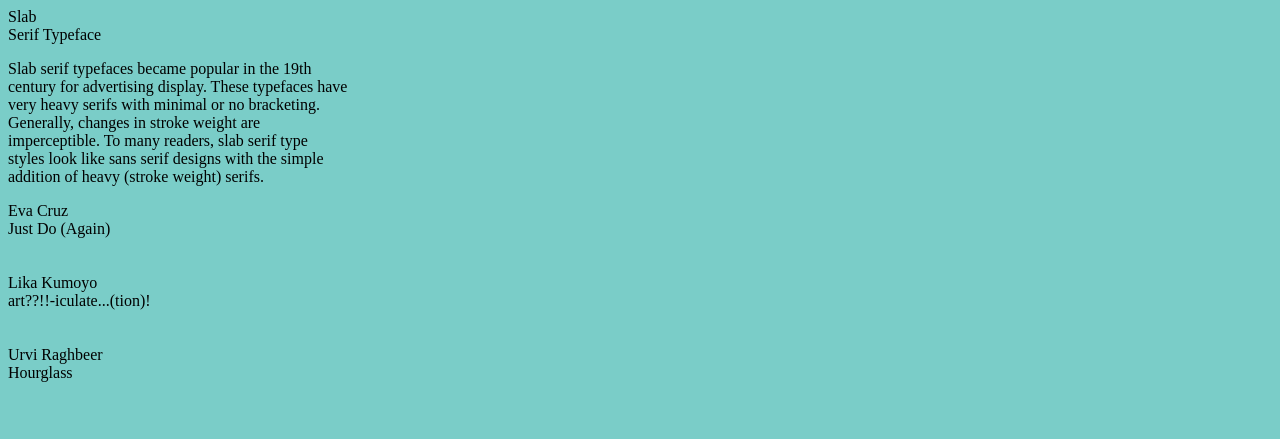
Repository: diasm568/diasm568.github.io
Page: lab/archive/slab.html
The author's editor kept a record of every edit. The page is drawn from the files as they stood at one moment, then again after the next edit.
The browser window is 1280 px wide. The pictures show the whole page.

Above is the page before.

### lab/archive/slab.html
<!DOCTYPE html>

<title>Composition Archive</title>

<link rel="stylesheet" type="text/css" href="css/page2.css" />

<p1>Slab</p1>
<br>
<p2>Serif Typeface</p2>
<p style="width:340px;">Slab serif typefaces became popular in the 19th century for advertising display. These typefaces have very heavy serifs with minimal or no bracketing. Generally, changes in stroke weight are imperceptible. To many readers, slab serif type styles look like sans serif designs with the simple addition of heavy (stroke weight) serifs.</p>

</body>
Eva Cruz
<br>
Just Do (Again)
<br>
<br>
<br>
Lika Kumoyo
<br>
art??!!-iculate...(tion)!
<br>
<br>
<br>
Urvi Raghbeer
<br>
Hourglass
</body>

### lab/archive/css/page2.css
body {
    background-color: #7acdc8;
}

h1 {
    font-family: bebasNeueBold;
    font-size: 40px;
}

p {
    font-family: roboto-light;
}

After the next edit:
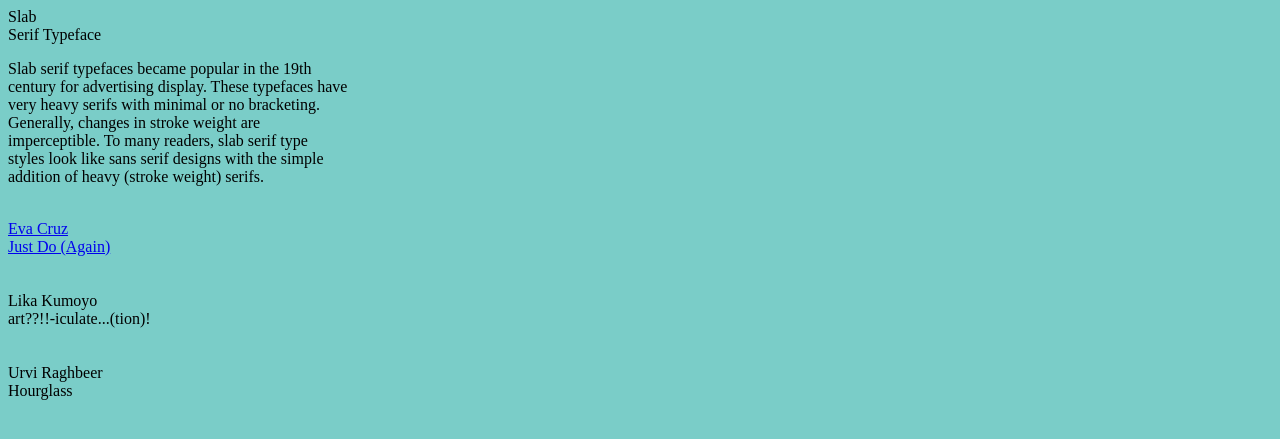
The edit:
--- a/lab/archive/slab.html
+++ b/lab/archive/slab.html
@@ -9,10 +9,10 @@
 <p2>Serif Typeface</p2>
 <p style="width:340px;">Slab serif typefaces became popular in the 19th century for advertising display. These typefaces have very heavy serifs with minimal or no bracketing. Generally, changes in stroke weight are imperceptible. To many readers, slab serif type styles look like sans serif designs with the simple addition of heavy (stroke weight) serifs.</p>
 
-</body>
+<body>
+<a href="http://cruze767.github.io/lab/composition/composition2.html"><br>
 Eva Cruz
-<br>
-Just Do (Again)
+<br>Just Do (Again)</a>
 <br>
 <br>
 <br>
